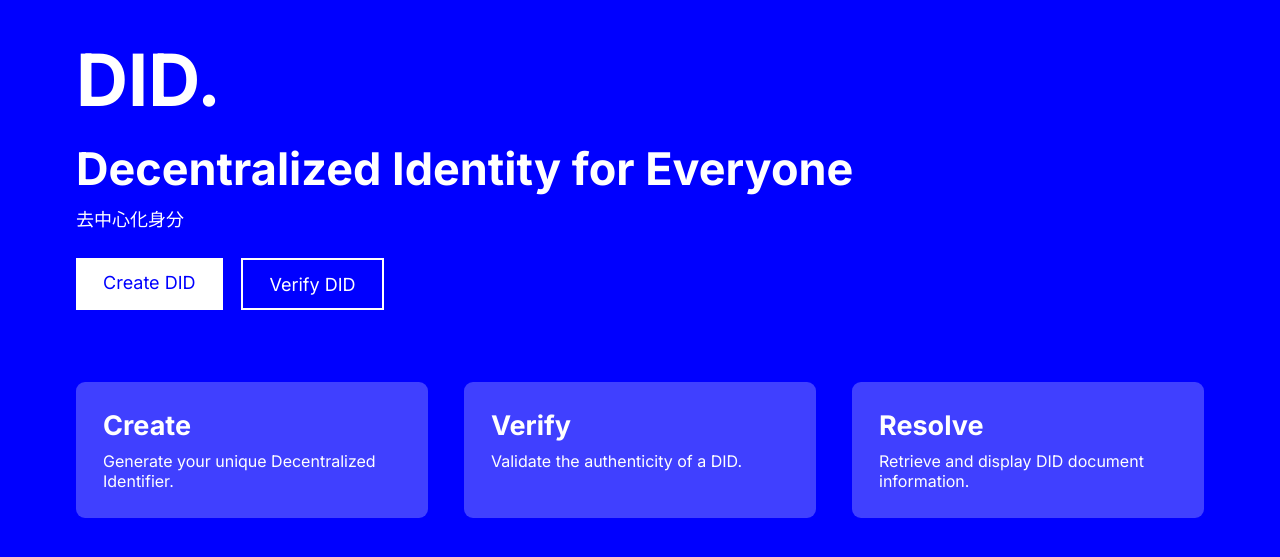
Repository: a7351220/ethr_did_demo
Page: /
The author's editor kept a copy of each file at every save. The page is drawn from the files as they stood at one save, then again after the next save.
The browser window is 1280 px wide. The pictures show the whole page.
The project was rebuilt for these pictures with package versions that can differ from the ones it lists, and the page was loaded fresh each time. The framework's server and built-in components were replaced by stand-ins that run in the browser. Also part of the build but not shown: next.config.mjs.

Above is the page before, as saved 2024-07-09 16:00:19.

### src/app/page.tsx
// app/page.tsx
import Link from 'next/link';

export default function Home() {
  return (
    <div className="container">
      <main>
        <section className="hero">
          <h1 className="title">DID.</h1>
          <h2 className="subtitle">Decentralized Identity for Everyone</h2>
          <p className="description">去中心化身分</p>
          <div className="cta-buttons">
            <Link href="/did/create" className="cta-button primary">
              Create DID
            </Link>
            <Link href="/did/verify" className="cta-button secondary">
              Verify DID
            </Link>
          </div>
        </section>

        <section className="features">
          <div className="feature">
            <h3>Create</h3>
            <p>Generate your unique Decentralized Identifier.</p>
          </div>
          <div className="feature">
            <h3>Verify</h3>
            <p>Validate the authenticity of a DID.</p>
          </div>
          <div className="feature">
            <h3>Resolve</h3>
            <p>Retrieve and display DID document information.</p>
          </div>
        </section>
      </main>
    </div>
  );
}

### src/app/globals.css
/* app/globals.css */
:root {
  --primary-color: #0000ff;
  --secondary-color: #4040ff;
  --text-color: #ffffff;
  --font-size-base: 16px;
}

* {
  box-sizing: border-box;
  padding: 0;
  margin: 0;
}

html,
body {
  max-width: 100vw;
  overflow-x: hidden;
  font-family: -apple-system, BlinkMacSystemFont, Segoe UI, Roboto, Oxygen,
    Ubuntu, Cantarell, Fira Sans, Droid Sans, Helvetica Neue, sans-serif;
  font-size: var(--font-size-base);
  background-color: var(--primary-color);
  color: var(--text-color);
}

a {
  color: inherit;
  text-decoration: none;
}

.container {
  min-height: 100vh;
  padding: 2rem;
}

.hero {
  text-align: center;
  margin-bottom: 4rem;
}

.title {
  font-size: 4rem;
  margin-bottom: 1rem;
}

.subtitle {
  font-size: 2.5rem;
  margin-bottom: 0.5rem;
}

.description {
  font-size: 1rem;
  margin-bottom: 1.5rem;
}

.cta-buttons {
  display: flex;
  justify-content: center;
  gap: 1rem;
  flex-wrap: wrap;
}

.cta-button {
  padding: 0.75rem 1.5rem;
  font-size: 1rem;
  cursor: pointer;
  transition: background-color 0.3s ease;
}

.cta-button.primary {
  background-color: var(--text-color);
  color: var(--primary-color);
}

.cta-button.secondary {
  background-color: transparent;
  border: 2px solid var(--text-color);
  color: var(--text-color);
}

.features {
  display: grid;
  grid-template-columns: repeat(auto-fit, minmax(250px, 1fr));
  gap: 2rem;
  margin-top: 4rem;
}

.feature {
  background-color: var(--secondary-color);
  padding: 1.5rem;
  border-radius: 0.5rem;
}

.feature h3 {
  font-size: 1.5rem;
  margin-bottom: 0.5rem;
}

/* New styles for CreateDID and VerifyDID pages */
.input-group {
  display: flex;
  margin-bottom: 1rem;
}

.input {
  flex-grow: 1;
  padding: 0.5rem;
  font-size: 1rem;
  border: 1px solid var(--text-color);
  background-color: transparent;
  color: var(--text-color);
}

.result {
  margin-top: 2rem;
  padding: 1rem;
  background-color: rgba(255, 255, 255, 0.1);
  border-radius: 4px;
}

.result h2 {
  font-size: 1.2rem;
  margin-bottom: 0.5rem;
}

.did-value, .verify-result {
  font-family: monospace;
  word-break: break-all;
}

@media (min-width: 768px) {
  .hero {
    text-align: left;
  }

  .cta-buttons {
    justify-content: flex-start;
  }
}

@media (min-width: 1024px) {
  html {
    font-size: 18px;
  }

  .container {
    max-width: 1200px;
    margin: 0 auto;
  }
}

Loaded but not shown: src/app/layout.tsx (common file)

After the next save:
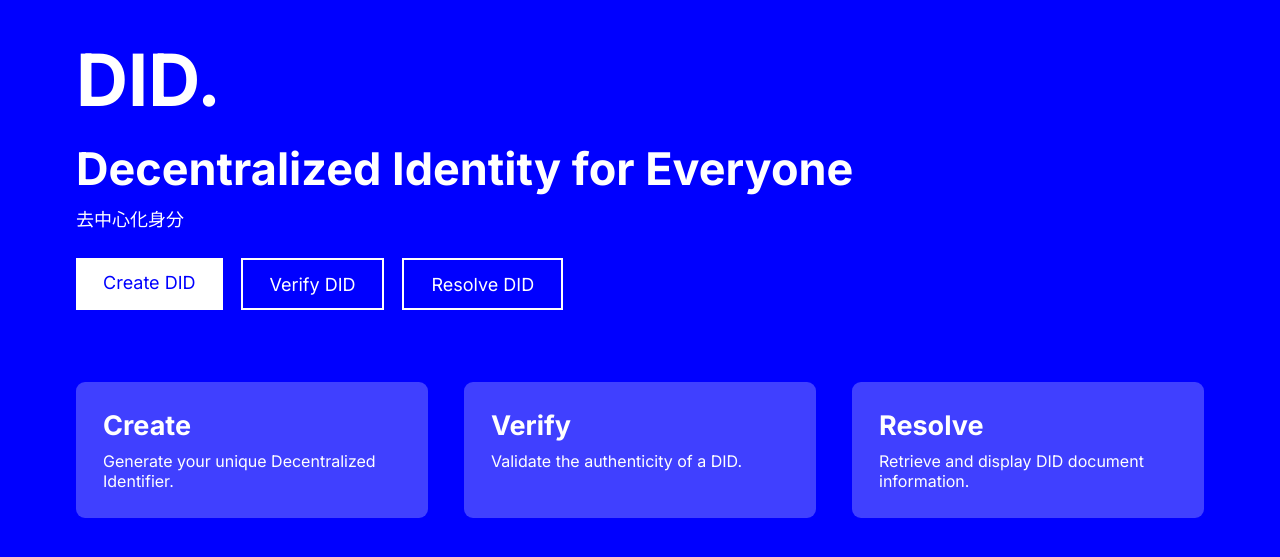
Saved 39 s later.
--- a/src/app/page.tsx
+++ b/src/app/page.tsx
@@ -15,6 +15,9 @@ export default function Home() {
             </Link>
             <Link href="/did/verify" className="cta-button secondary">
               Verify DID
+            </Link>
+            <Link href="/did/resolve" className="cta-button secondary">
+              Resolve DID
             </Link>
           </div>
         </section>
